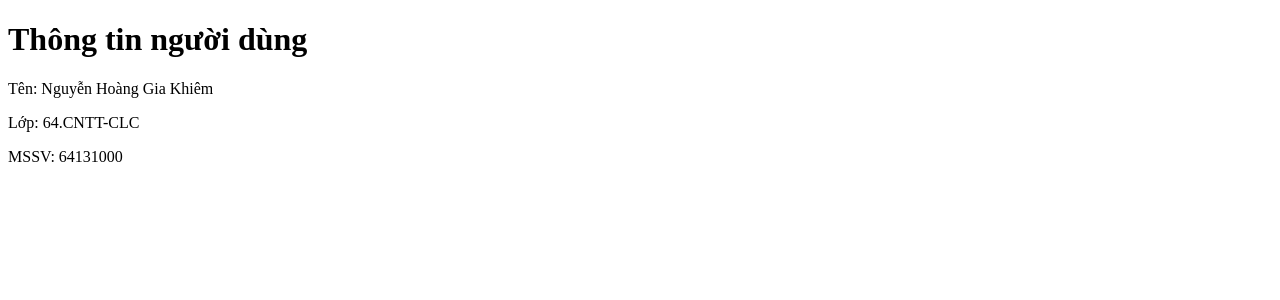
Repository: giakhiem2911/64131000_Web2
Page: Login/src/main/webapp/UserProfile.html
An editor plug-in stored every save of this project. The page is shown before and after the next save, followed by the edit.
The browser window is 1280 px wide. The pictures show the whole page.

Above is the page before, as saved 2025-02-21 04:16:45.

### Login/src/main/webapp/UserProfile.html
<!DOCTYPE html>
<html>
<head>
<meta charset="UTF-8">
<title>Thông tin người dùng</title>
</head>
<body>
	<h1>Thông tin người dùng</h1>
	<p>Tên: Nguyễn Hoàng Gia Khiêm</p>
	<p>Lớp: 64.CNTT-CLC</p>
	<p>MSSV: 64131000</p>
</body>
</html>

After the next save:
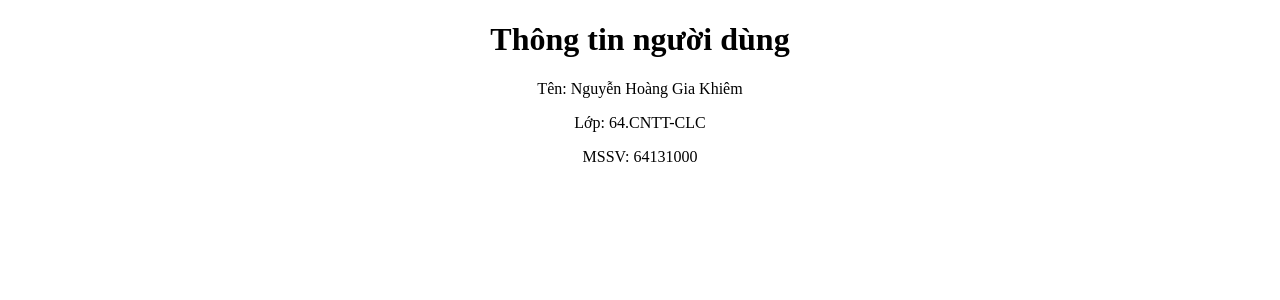
Saved 49 s later.
--- a/Login/src/main/webapp/UserProfile.html
+++ b/Login/src/main/webapp/UserProfile.html
@@ -5,9 +5,11 @@
 <title>Thông tin người dùng</title>
 </head>
 <body>
-	<h1>Thông tin người dùng</h1>
-	<p>Tên: Nguyễn Hoàng Gia Khiêm</p>
-	<p>Lớp: 64.CNTT-CLC</p>
-	<p>MSSV: 64131000</p>
+	<center>
+		<h1>Thông tin người dùng</h1>
+		<p>Tên: Nguyễn Hoàng Gia Khiêm</p>
+		<p>Lớp: 64.CNTT-CLC</p>
+		<p>MSSV: 64131000</p>
+	</center>
 </body>
 </html>
